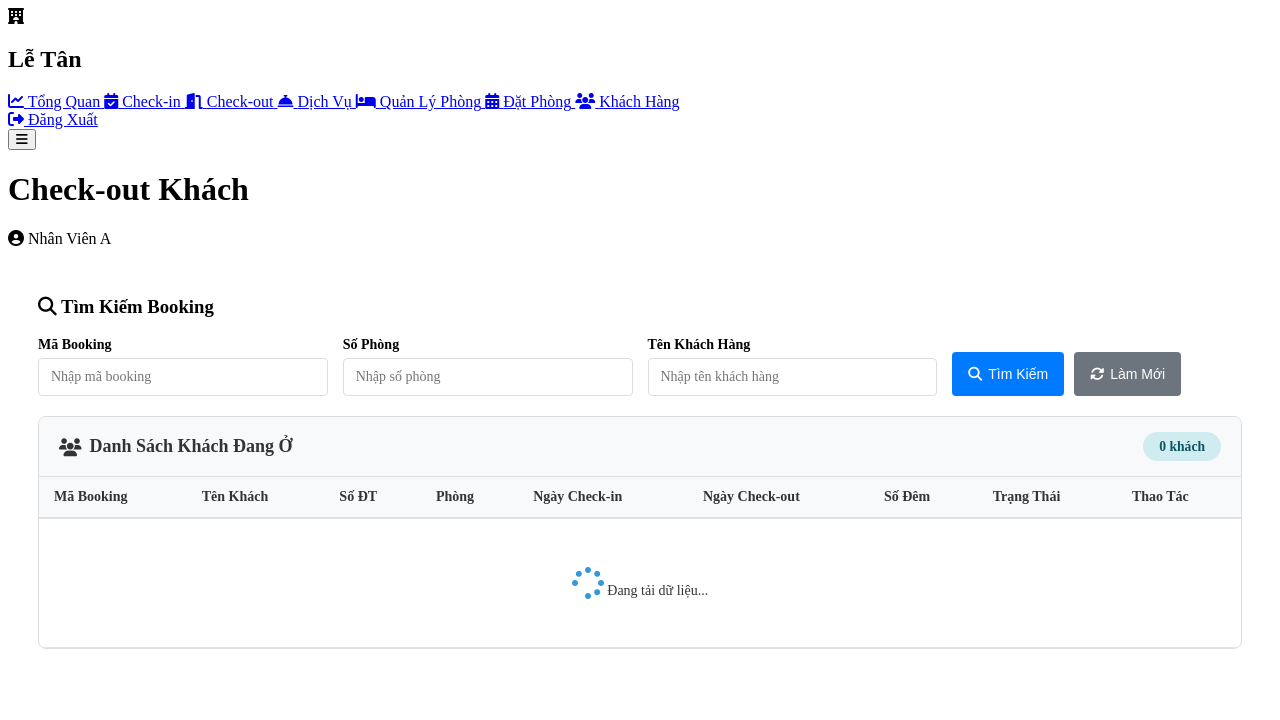
Repository: nhi2102/Front-end-QLKS
Page: letan/checkout.html
The author's editor kept a copy of each file at every save. The page is drawn from the files as they stood at one save, then again after the next save.
The browser window is 1280 px wide. The pictures show the whole page.
The page's requests for data from a server got no answer.

Above is the page before, as saved 2025-10-19 14:02:04.
Console error: SyntaxError: Illegal return statement

### letan/checkout.html
<!DOCTYPE html>
<html lang="vi">

<head>
    <meta charset="UTF-8">
    <meta name="viewport" content="width=device-width, initial-scale=1.0">
    <title>Check-out - Hệ Thống Lễ Tân</title>
    <link rel="stylesheet" href="css/checkout.css">
    <link rel="stylesheet" href="https://cdnjs.cloudflare.com/ajax/libs/font-awesome/6.4.0/css/all.min.css">
</head>

<body>
    <!-- Sidebar -->
    <div class="sidebar">
        <div class="logo">
            <i class="fas fa-hotel"></i>
            <h2>Lễ Tân</h2>
        </div>
        <nav class="nav-menu">
            <a href="letan_dashboard.html" class="nav-item">
                <i class="fas fa-chart-line"></i>
                <span>Tổng Quan</span>
            </a>
            <a href="checkin.html" class="nav-item">
                <i class="fas fa-calendar-check"></i>
                <span>Check-in</span>
            </a>
            <a href="checkout.html" class="nav-item active">
                <i class="fas fa-door-open"></i>
                <span>Check-out</span>
            </a>
            <a href="services.html" class="nav-item">
                <i class="fas fa-concierge-bell"></i>
                <span>Dịch Vụ</span>
            </a>
            <a href="#" class="nav-item">
                <i class="fas fa-bed"></i>
                <span>Quản Lý Phòng</span>
            </a>
            <a href="#" class="nav-item">
                <i class="fas fa-calendar-alt"></i>
                <span>Đặt Phòng</span>
            </a>
            <a href="#" class="nav-item">
                <i class="fas fa-users"></i>
                <span>Khách Hàng</span>
            </a>

        </nav>
        <div class="sidebar-footer">
            <a href="#" class="nav-item">
                <i class="fas fa-sign-out-alt"></i>
                <span>Đăng Xuất</span>
            </a>
        </div>
    </div>

    <!-- Main Content -->
    <div class="main-content">
        <!-- Header -->
        <header class="header">
            <div class="header-left">
                <button class="menu-toggle" id="menuToggle">
                    <i class="fas fa-bars"></i>
                </button>
                <h1>Check-out Khách</h1>
            </div>
            <div class="header-right">
                <div class="user-profile">
                    <i class="fas fa-user-circle"></i>
                    <span id="userName">Nhân Viên A</span>
                </div>
            </div>
        </header>

        <!-- Content Container -->
        <div class="checkout-content">
            <!-- Search Section -->
            <section class="search-section">
                <div class="search-card">
                    <h3><i class="fas fa-search"></i> Tìm Kiếm Booking</h3>
                    <form class="search-form" onsubmit="event.preventDefault(); searchCheckout();">
                        <div class="form-row">
                            <div class="form-group">
                                <label for="searchBookingCode">
                                 Mã Booking
                                </label>
                                <input type="text" id="searchBookingCode" placeholder="Nhập mã booking">
                            </div>
                            <div class="form-group">
                                <label for="searchRoomNumber">
                                     Số Phòng
                                </label>
                                <input type="text" id="searchRoomNumber" placeholder="Nhập số phòng">
                            </div>
                            <div class="form-group">
                                <label for="searchName">
                                     Tên Khách Hàng
                                </label>
                                <input type="text" id="searchName" placeholder="Nhập tên khách hàng">
                            </div>
                            <div class="form-actions">
                                <button type="submit" class="btn btn-search" onclick="searchCheckout()">
                                <i class="fas fa-search"></i> Tìm Kiếm
                            </button>
                                <button type="button" class="btn btn-refresh" onclick="loadCurrentGuests()">
                                <i class="fas fa-sync-alt"></i> Làm Mới
                            </button>
                            </div>
                        </div>

                    </form>
                </div>
            </section>

            <!-- Current Guests List -->
            <section class="data-section">
                <div class="data-card">
                    <div class="card-header">
                        <h2><i class="fas fa-users"></i> Danh Sách Khách Đang Ở</h2>
                        <div class="card-actions">
                            <span class="badge badge-info" id="guestCount">0 khách</span>
                        </div>
                    </div>
                    <div class="table-container">
                        <table class="data-table">
                            <thead>
                                <tr>
                                    <th>Mã Booking</th>
                                    <th>Tên Khách</th>
                                    <th>Số ĐT</th>
                                    <th>Phòng</th>
                                    <th>Ngày Check-in</th>
                                    <th>Ngày Check-out</th>
                                    <th>Số Đêm</th>

                                    <th>Trạng Thái</th>
                                    <th>Thao Tác</th>
                                </tr>
                            </thead>
                            <tbody id="currentGuestsList">
                                <tr>
                                    <td colspan="10" class="loading">
                                        <i class="fas fa-spinner fa-spin"></i> Đang tải dữ liệu...
                                    </td>
                                </tr>
                            </tbody>
                        </table>
                    </div>
                </div>
            </section>
        </div>
    </div>

    <!-- Check-out Modal -->
    <div id="checkOutModal" class="modal">
        <div class="modal-content">
            <div class="modal-header">
                <h2><i class="fas fa-sign-out-alt"></i> Xác Nhận Check-out</h2>
                <button class="modal-close" onclick="closeCheckOutModal()">
                    <i class="fas fa-times"></i>
                </button>
            </div>

            <div class="modal-body">
                <!-- Booking Information -->
                <div class="info-section">
                    <h3><i class="fas fa-info-circle"></i> Thông Tin Booking</h3>
                    <div class="booking-info-grid">
                        <div class="info-item">
                            <label>Mã Booking:</label>
                            <span id="modalBookingCode">-</span>
                        </div>
                        <div class="info-item">
                            <label>Tên Khách:</label>
                            <span id="modalCustomerName">-</span>
                        </div>
                        <div class="info-item">
                            <label>Số Điện Thoại:</label>
                            <span id="modalPhone">-</span>
                        </div>
                        <div class="info-item">
                            <label>CMND/CCCD:</label>
                            <span id="modalIdCard">-</span>
                        </div>
                        <div class="info-item">
                            <label>Số Phòng:</label>
                            <span id="modalRoomNumber" class="room-highlight">-</span>
                        </div>
                        <!-- <div class="info-item">
                            <label>Loại Phòng:</label>
                            <span id="modalRoomType">-</span>
                        </div> -->
                        <div class="info-item">
                            <label>Ngày Check-in:</label>
                            <span id="modalCheckInDate">-</span>
                        </div>
                        <div class="info-item">
                            <label>Ngày Check-out:</label>
                            <span id="modalCheckOutDate">-</span>
                        </div>
                        <div class="info-item">
                            <label>Số Đêm:</label>
                            <span id="modalNights">-</span>
                        </div>
                    </div>
                </div>

                <!-- Payment Information -->
                <div class="info-section">
                    <h3><i class="fas fa-money-bill-wave"></i> Thông Tin Thanh Toán</h3>
                    <div class="payment-info">
                        <div class="payment-row">
                            <label>Tiền Phòng:</label>
                            <span id="roomCharge">0 ₫</span>
                        </div>
                        <div class="payment-row">
                            <label>Tiền Dịch Vụ:</label>
                            <span id="serviceCharge">0 ₫</span>
                        </div>
                        <div class="payment-row">
                            <label>Bồi Thường Thiết Bị:</label>
                            <span id="equipmentCompensation">0 ₫</span>
                        </div>
                        <div class="payment-row">
                            <label>Phụ Thu:</label>
                            <input type="number" id="extraCharge" value="0" min="0" step="10000" readonly onchange="calculateTotal()">
                        </div>
                        <div class="payment-row">
                            <label>Giảm Giá:</label>
                            <input type="number" id="discount" value="0" min="0" step="10000" readonly onchange="calculateTotal()">
                        </div>
                        <div class="payment-row total-row">
                            <label>Tổng Cần Thanh Toán:</label>
                            <span id="totalAmount" class="total-highlight">0 ₫</span>
                        </div>
                    </div>
                </div>

                <!-- Service History -->
                <div class="info-section">
                    <h3><i class="fas fa-history"></i> Lịch Sử Dịch Vụ</h3>
                    <div id="serviceHistoryList" class="service-history-container">
                        <div class="no-service-history">
                            <i class="fas fa-spinner fa-spin"></i>
                            <span>Đang tải lịch sử dịch vụ...</span>
                        </div>
                    </div>
                </div>

                <!-- Check-out Form -->
                <div class="info-section">
                    <h3><i class="fas fa-clipboard-check"></i> Thông Tin Check-out</h3>
                    <form class="checkout-form">
                        <div class="form-row">
                            <div class="form-group">
                                <label for="checkOutTime">
                                    <i class="fas fa-clock"></i> Giờ Check-out
                                </label>
                                <input type="time" id="checkOutTime" required>
                            </div>
                            <div class="form-group">
                                <label for="paymentMethod">
                                    <i class="fas fa-credit-card"></i> Phương Thức Thanh Toán
                                </label>
                                <select id="paymentMethod" required>
                                    <option value="">-- Chọn --</option>
                                    <option value="cash">Tiền Mặt</option>
                                    <option value="card">Thẻ</option>
                                    <option value="transfer">Chuyển Khoản</option>
                                    <option value="momo">MoMo</option>
                                    <option value="vnpay">VNPay</option>
                                </select>
                            </div>
                        </div>



                        <!-- Tình trạng thiết bị -->
                        <div class="form-group">
                            <label for="equipmentStatus">
                                <i class="fas fa-tv"></i> Tình Trạng Thiết Bị Khách Sạn
                            </label>
                            <select id="equipmentStatus" onchange="handleEquipmentStatusChange()">
                                <option value="good">Tốt - Không hư hỏng</option>
                                <option value="damaged">Có hư hỏng - Cần đền bù</option>
                            </select>
                        </div>

                        <!-- Danh sách thiết bị (ẩn mặc định) -->
                        <div class="form-group" id="equipmentCheckGroup" style="display: none;">
                            <label>
                                <i class="fas fa-list-check"></i> Chọn Thiết Bị Bị Hư Hỏng
                            </label>
                            <div id="equipmentCheckList" class="equipment-list">
                                <div class="loading">⏳ Đang tải danh sách thiết bị...</div>
                            </div>
                            <div class="equipment-note">
                                <small><i class="fas fa-info-circle"></i> Tiền đền bù sẽ được tự động cộng vào phụ thu</small>
                            </div>
                        </div>

                        <style>
                            .equipment-list {
                                max-height: 200px;
                                overflow-y: auto;
                                border: 1px solid #ddd;
                                border-radius: 4px;
                                padding: 10px;
                            }

                            .equipment-item {
                                display: flex;
                                justify-content: space-between;
                                align-items: center;
                                padding: 8px 0;
                                border-bottom: 1px solid #eee;
                            }

                            .equipment-item:last-child {
                                border-bottom: none;
                            }

                            .equipment-info {
                                flex: 1;
                            }

                            .equipment-name {
                                font-weight: 500;
                            }

                            .equipment-price {
                                color: #666;
                                font-size: 0.9em;
                            }

                            .damage-controls {
                                display: flex;
                                gap: 10px;
                                align-items: center;
                            }

                            .damage-controls input[type="number"] {
                                width: 80px;
                                padding: 4px 8px;
                                border: 1px solid #ddd;
                                border-radius: 4px;
                            }

                            .damage-controls input[type="checkbox"] {
                                margin-right: 5px;
                            }
                            /* Readonly input styling */

                            input[readonly] {
                                background-color: #f8f9fa;
                                border: 1px solid #e9ecef;
                                cursor: not-allowed;
                                color: #495057;
                            }

                            .compensation-summary {
                                background: #f8f9fa;
                                padding: 15px;
                                border-radius: 4px;
                                text-align: center;
                            }

                            .compensation-summary #totalCompensation {
                                font-size: 1.2em;
                                font-weight: bold;
                                color: #dc3545;
                            }
                        </style>

                        <div class="form-group checkbox-group">
                            <label>
                                <input type="checkbox" id="keysReturned" required>
                                <span>Đã trả chìa khóa/thẻ phòng</span>
                            </label>
                        </div>

                        <div class="form-group checkbox-group">
                            <label>
                                <input type="checkbox" id="itemsChecked" required>
                                <span>Đã kiểm tra đồ đạc trong phòng</span>
                            </label>
                        </div>
                        <div class="form-group checkbox-group">
                            <label>
                                <input type="checkbox" id="paymentCompleted" required>
                                <span>Đã thu tiền / Xác nhận thanh toán</span>
                            </label>
                        </div>
                    </form>
                </div>
            </div>

            <div class="modal-footer">
                <button type="button" class="btn btn-secondary" onclick="closeCheckOutModal()">
                    <i class="fas fa-times"></i> Hủy
                </button>
                <button type="button" class="btn btn-primary" onclick="confirmCheckOut()">
                    <i class="fas fa-check"></i> Xác Nhận Check-out
                </button>
            </div>
        </div>
    </div>

    <script src="api/checkout.js"></script>
    <script src="api/navigation-preloader.js"></script>
</body>

</html>

### letan/css/letan_dashboard.css
/* Minimal base dashboard styles for lễ tân area
   This file is intentionally small to restore layout and avoid MIME errors.
   Tweak/replace with your original styles later.
*/
:root{
  --primary:#112173;
  --muted:#6c757d;
  --bg:#f5f7fb;
  --card:#ffffff;
}
*{box-sizing:border-box}
body{font-family: 'Segoe UI', Roboto, 'Helvetica Neue', Arial; margin:0; background:var(--bg); color:#222}

/* Sidebar */
.sidebar{
  width:240px;
  position:fixed;
  left:0; top:0; bottom:0;
  background:var(--primary);
  color:#fff;
  padding:18px 12px;
  overflow:auto;
}
.sidebar .logo{display:flex;align-items:center;gap:10px;margin-bottom:18px}
.sidebar .logo i{font-size:28px}
.sidebar h2{margin:0;font-size:18px}
.nav-menu{display:flex;flex-direction:column;gap:6px}
.nav-item{display:flex;align-items:center;gap:10px;padding:8px 10px;border-radius:6px;color:#fff;text-decoration:none}
.nav-item:hover{background:rgba(255,255,255,0.06)}
.nav-item.active{background:rgba(255,255,255,0.12);font-weight:600}
.nav-item i{width:24px;text-align:center}

/* Main content area */
.main-content{margin-left:260px;padding:20px}
.header{display:flex;justify-content:space-between;align-items:center;margin-bottom:18px}
.header .user-profile{display:flex;align-items:center;gap:8px}
.header .menu-toggle{background:none;border:none;color:inherit;font-size:18px}

/* Cards, tables, general */
.card{background:var(--card);padding:14px;border-radius:8px;box-shadow:0 6px 18px rgba(17,33,115,0.04);margin-bottom:16px}
.table{width:100%;border-collapse:collapse}
.table th,.table td{padding:10px;border-bottom:1px solid #eef2fb}
.btn{display:inline-flex;align-items:center;gap:8px;padding:8px 12px;border-radius:6px;border:0;cursor:pointer}
.btn-primary{background:var(--primary);color:#fff}

/* Responsive tweaks */
@media (max-width:900px){
  .sidebar{position:relative;width:100%;height:auto}
  .main-content{margin-left:0;padding:12px}
}

Loaded but not shown: letan/api/checkout.js (1667 lines, source omitted); letan/api/navigation-preloader.js (115 lines, source omitted); letan/css/checkout.css (786 lines, source omitted)

After the next save:
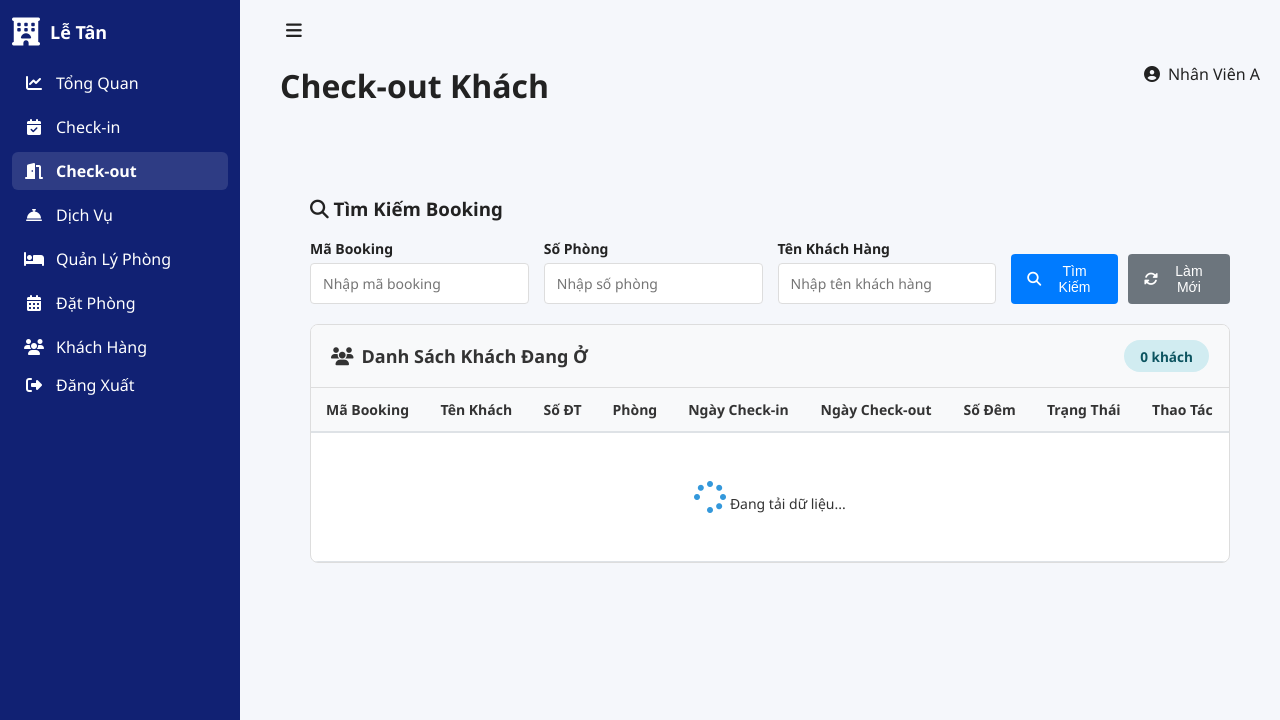
Saved 6 min 21 s later.
--- a/letan/checkout.html
+++ b/letan/checkout.html
@@ -5,6 +5,7 @@
     <meta charset="UTF-8">
     <meta name="viewport" content="width=device-width, initial-scale=1.0">
     <title>Check-out - Hệ Thống Lễ Tân</title>
+    <link rel="stylesheet" href="css/letan_dashboard.css">
     <link rel="stylesheet" href="css/checkout.css">
     <link rel="stylesheet" href="https://cdnjs.cloudflare.com/ajax/libs/font-awesome/6.4.0/css/all.min.css">
 </head>
